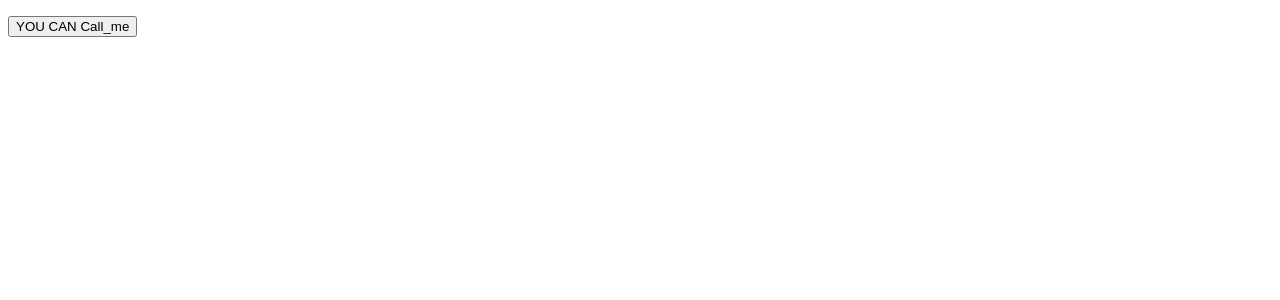
Repository: Solankinikhil/DailyWork
Page: eclipse-workspace/javaScriptExamples/WebContent/concept6.html
These files come from the project's save history. The page is drawn as it stood at one moment and after the next save; the edit follows.
The browser window is 1280 px wide. The pictures show the whole page.
After loading, the first visible `button` was clicked once.

Above is the page before, as saved 2020-03-12 06:12:08.
Console error: TypeError: document.getelementById is not a function

After the next save:
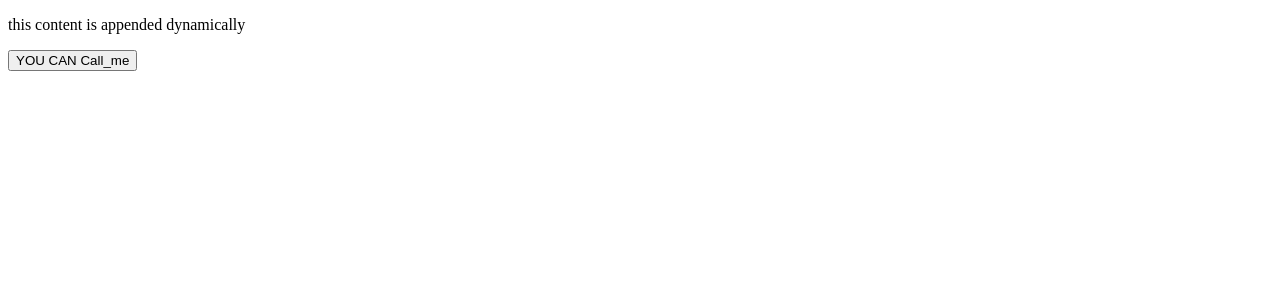
The error is gone.
Saved 25 s later.
--- a/eclipse-workspace/javaScriptExamples/WebContent/concept6.html
+++ b/eclipse-workspace/javaScriptExamples/WebContent/concept6.html
@@ -5,7 +5,7 @@
 <title>Insert title here</title>
 <script type="text/javascript">
 function changeContnt() {
-	document.getelementById("p1").innerHTML = "this content is appended dynamically";
+	document.getElementById("p1").innerHTML = "this content is appended dynamically";
 	document.title = "web app 20";
 	document.querySelector('title').textContent = "Page title changed;"
 
